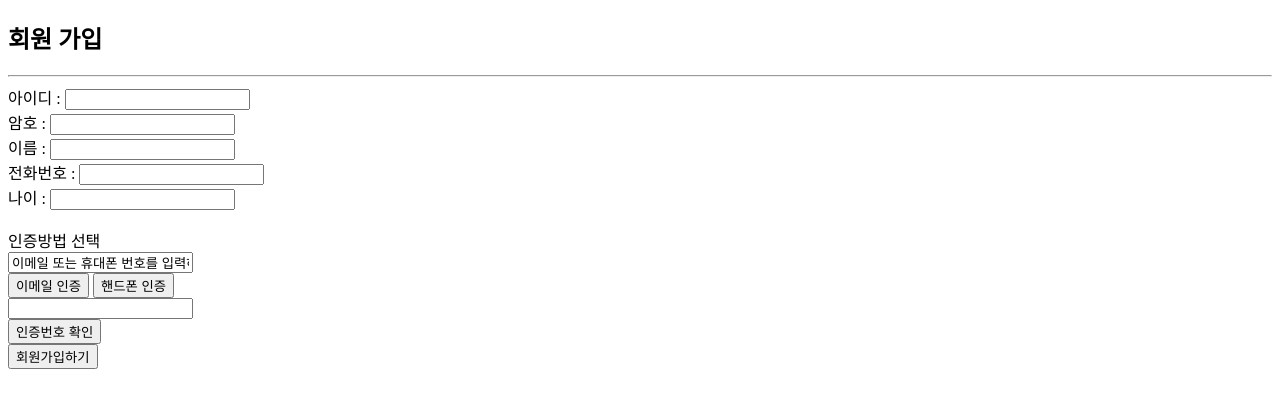
Repository: 0hmuse/day0330-2
Page: day0330-1/src/main/resources/static/test.html
An editor plug-in stored every save of this project. The page is shown before and after the next save, followed by the edit.
The browser window is 1280 px wide. The pictures show the whole page.

Above is the page before, as saved 2020-03-30 22:29:14.

After the next save:
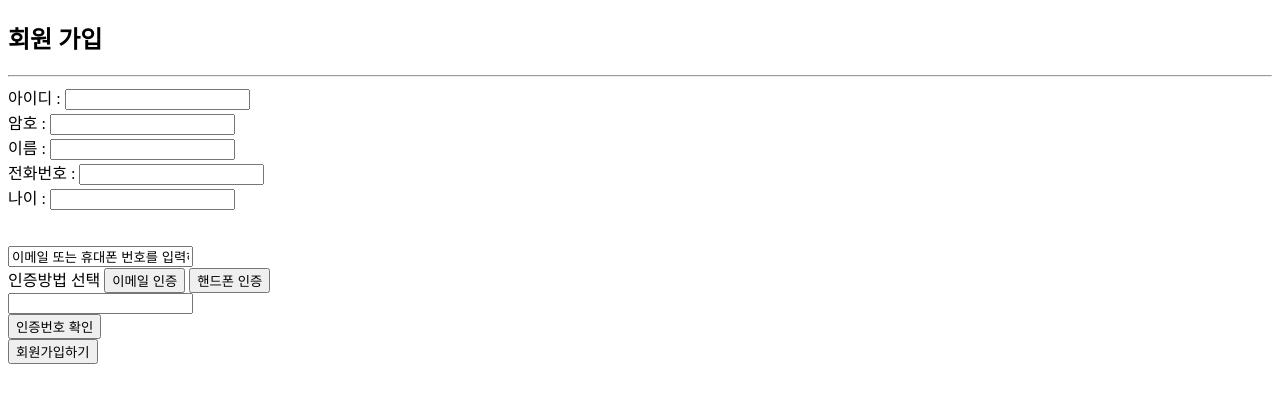
Saved 58 s later.
--- a/day0330-1/src/main/resources/static/test.html
+++ b/day0330-1/src/main/resources/static/test.html
@@ -53,11 +53,12 @@ $("#btn_phone").click(function(){
 		나이 : <input type="text" id="age" name="age"><br>
 		<br>
 	</form>
-		인증방법 선택<br>
+		<br>
 
 		<form id="g">
 				<input type='text' id='in1' name='in1' value="이메일 또는 휴대폰 번호를 입력하세요">
 		</form>
+			인증방법 선택
 				<button id="btn_email">이메일 인증</button>
 				<button id="btn_phone">핸드폰 인증</button>
 				<br>
